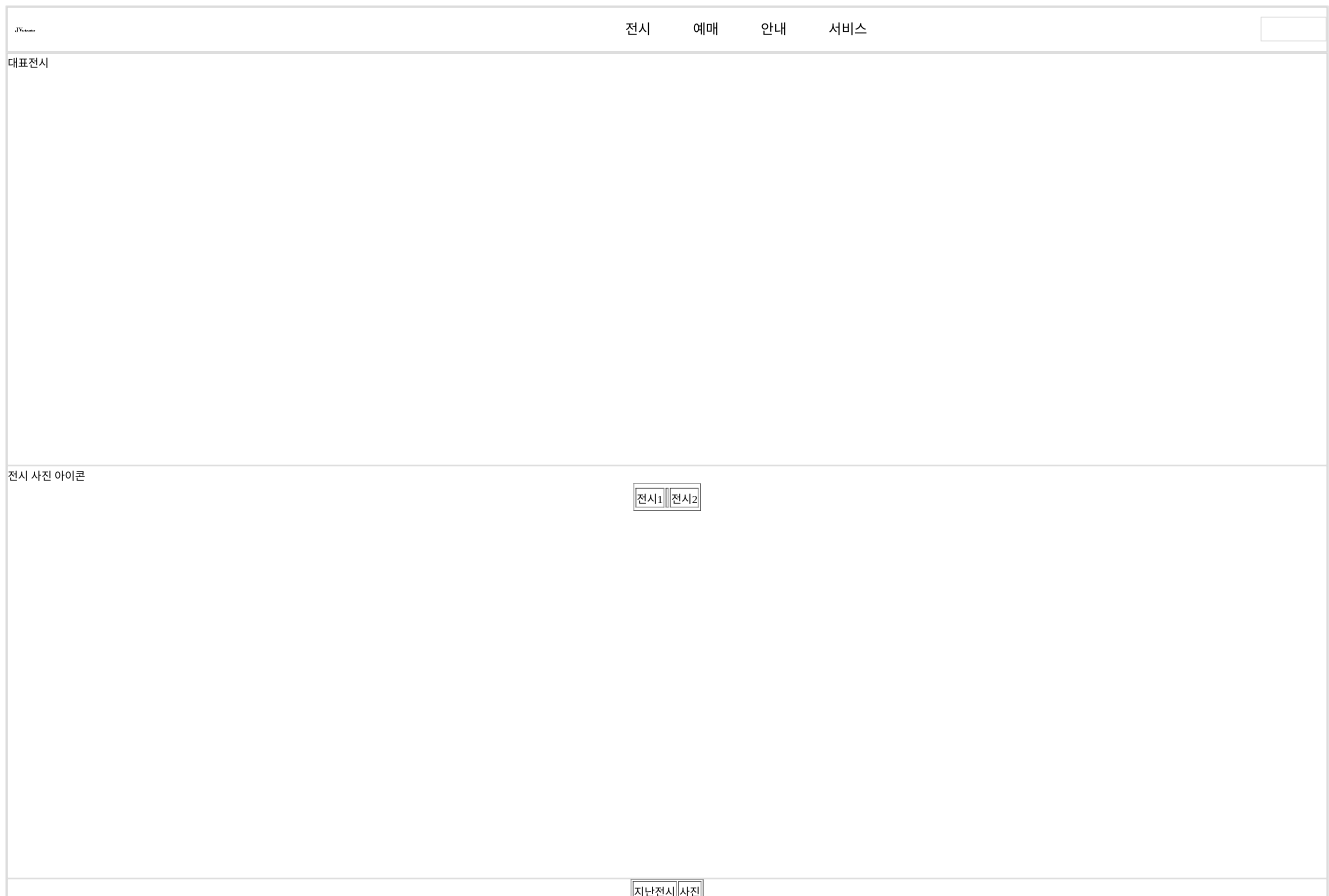
Repository: pshysd/SEMI_PROJECT
Page: http://localhost/JVArtCenter/
An editor plug-in stored every save of this project. The page is shown before and after the next save, followed by the edit.
The browser window is 1280 px wide. The page is 1898 px wide, so the pictures cover 1898 px, including what lies to the right of the window. The pictures show the part of the page from y = 0 to 1280 px (the page is 3296 px tall), at 70% of full size.
The page is served by Tomcat 9. Nobody is signed in. The application's start-up code is not run. Other server files are loaded and not shown.

Above is the page before, as saved 2022-10-21 11:00:18.

### JVArtCenter/WebContent/index.jsp
<%@ page language="java" contentType="text/html; charset=UTF-8"
    pageEncoding="UTF-8"%>
<%
	String contextPath = request.getContextPath();
%>
<!DOCTYPE html>
<html>
<head>
<meta charset="UTF-8">
<title>JV Art Center</title>
<style>
      .wrap {
        width: 1890px;
        height: 3280px;
      }

      div {
        border: 1px solid lightgray;
        box-sizing: border-box;
      }

      #header {
        height: 2%;
      }

      #body {
        margin: 0;
        font-family: "Nanum Gothic Coding", monospace;
      }

      a {
        text-decoration: none;
        color: black;
      }

      #search,
      #user,
      #calender {
        padding: 10px 12px;
      }

      #navbar {
        display: flex;
        justify-content: space-between;
        align-items: center;
        box-sizing: border-box;
        height: 100%;
      }

      #navbar_menu a {
        display: block;
        line-height: 35px;
      }

      #navbar_icons {
        font-size: 20px;
        display: flex;
        padding: 5px 10px;
      }

      #navbar_menu {
        display: flex;
        list-style: none;
        padding-left: 0;
        font-size: large;
        position: relative;
      }

      #navbar_menu > li {
        padding: 5px 30px;
        font-size: 20px;
        position: static;
      }

      #navbar_logo {
        list-style: none;
        padding: 5px 10px;
      }

      /* 서브메뉴를 담당하는 ul 태그에 대한 스타일 */
      #navbar_menu > li > ul {
        list-style-type: none;
        padding: 0px;
        display: none; /* 평소에는 안보여주다가 마우스가 올라가는 순간 보여지게끔 */
        position: absolute;
      }

      /* 메인메뉴에 마우스가 올라가는 순간 서브메뉴가 펼쳐져서 보이게끔 */
      #navbar_menu > li > a:hover + ul {
        display: block; /* 메인메뉴에만 마우스가 올라갔을때만 유지됨 */
        background-color: beige;
      }

      /* 서브메뉴에도 마우스가 올라갈 때 펼쳐진게 유지될 수 있게끔 */
      #navbar_menu > li > ul:hover {
        display: block;
        background-color: beige;
      }

      /* 서브메뉴 글씨만 좀 더 작게 보이게끔 */
      #navbar_menu > li > ul a {
        font-size: 15px;
      }

      #navbar_menu > li > ul a:hover {
        font-size: 18px;
      }

      #content {
        height: 90%;
      }

      #main-content1,
      #main-content2,
      #main-content3,
      #main-content4,
      #main-content5 {
        height: 20%;
      }

      #footer {
        height: 8%;
        background-color: black;
        color: white;
      }

      #footer > p {
        padding: 10px;
        box-sizing: border-box;
      }

      #footer_etc {
        padding: 10px;
      }

      #footer_etc a {
        text-decoration: none;
        color: white;
      }
    </style>
</head>
<body>
    <div class="wrap">
      <div id="header">
        <!--헤더영역-->

        <div id="navbar">
          <ul id="navbar_logo">
              <a href=""><img src="resources/image/logo.png" width="10%"></a>
          </ul>

          <ul id="navbar_menu">
            <li>
              <a href="">전시</a>
              <ul>
                <li><a href="">현재전시</a></li>
                <li><a href="">지난전시</a></li>
                <li><a href="">오픈예정</a></li>
              </ul>
            </li>
            <li>
              <a href="<%= contextPath %>/step1.rsv">예매</a>
              <ul>
                <li><a href="">전시예매</a></li>
              </ul>
            </li>
            <li>
              <a href="">안내</a>
              <ul>
                <li><a href="">JV소개</a></li>
                <li><a href="">전시관 안내</a></li>
              </ul>
            </li>
            <li>
              <a href="">서비스</a>
              <ul>
                <li><a href="">공지사항</a></li>
                <li><a href="">FAQ</a></li>
                <li><a href="">1:1문의</a></li>
                <li><a href="">뉴스레터</a></li>
              </ul>
            </li>
          </ul>
          <div id="navbar_icons">
            <a href=""
              ><i id="search" class="fa-solid fa-magnifying-glass"></i
            ></a>
            <a href=""
              ><i id="calender" class="fa-regular fa-calendar-days"></i
            ></a>
            <a href=""><i id="user" class="fa-regular fa-user"></i></a>
          </div>
        </div>
      </div>

      <div id="content">
        <div id="main-content1">대표전시</div>

        <div id="main-content2">
          <table border="1" style="margin: auto">
            <tr id="table2">
              전시
            </tr>
            <tr></tr>
            <tr id="table3">
              사진
              <td>전시1</td>
              <td></td>
              <td>전시2</td>
            </tr>
            <tr table="table4">
              아이콘
            </tr>
          </table>
        </div>

        <div id="main-content3">
          <table border="1" style="margin: auto">
            <tr>
              <td>지난전시</td>
              <td>사진</td>
            </tr>
            <tr>
              <td>오픈예정</td>
              <td>사진</td>
            </tr>
          </table>
        </div>
        <div id="main-content4">
          <table border="1" style="margin: auto">
            <tr>
              <td colspan="3">뉴스레터</td>
            </tr>
            <tr>
              <td>사진</td>
              <td>왼쪽사진1</td>
              <td>왼쪽사진2</td>
            </tr>
            <tr>
              <td>제목</td>
              <td rowspan="2">사진3</td>
              <td rowspan="2">사진4</td>
            </tr>
            <tr>
              <td>내용</td>
            </tr>
          </table>
        </div>

        <div id="main-content5">
          <table border="1" style="margin: auto">
            <tr>
              <td>공간</td>
              <td>공지사항</td>
              <td>더보기</td>
            </tr>
            <tr>
              <td rowspan="2">공간내용</td>
              <td colspan="2">공지사항1</td>
            </tr>
            <tr>
              <td colspan="2">공지사항2</td>
            </tr>
            <tr>
              <td>더보기</td>
              <td colspan="2">공지사항3</td>
            </tr>
          </table>
        </div>
      </div>

      <div id="footer">
        <!--푸터-->
        <div id="footer_etc">
          <a href="">개인정보처리방침</a> |
          <a href="">이용약관</a>
        </div>
        <p>
            JV 아트센터<br />
            서울특별시 영등포구 선유동2로 57 이레빌딩(구관) 19F, 20F<br /><br />

            Tel 1544-9970<br />

            © 2022 KH Arts Center All right reserved.
        </p>
      </div>
    </div>
  </body>
</html>

After the next save:
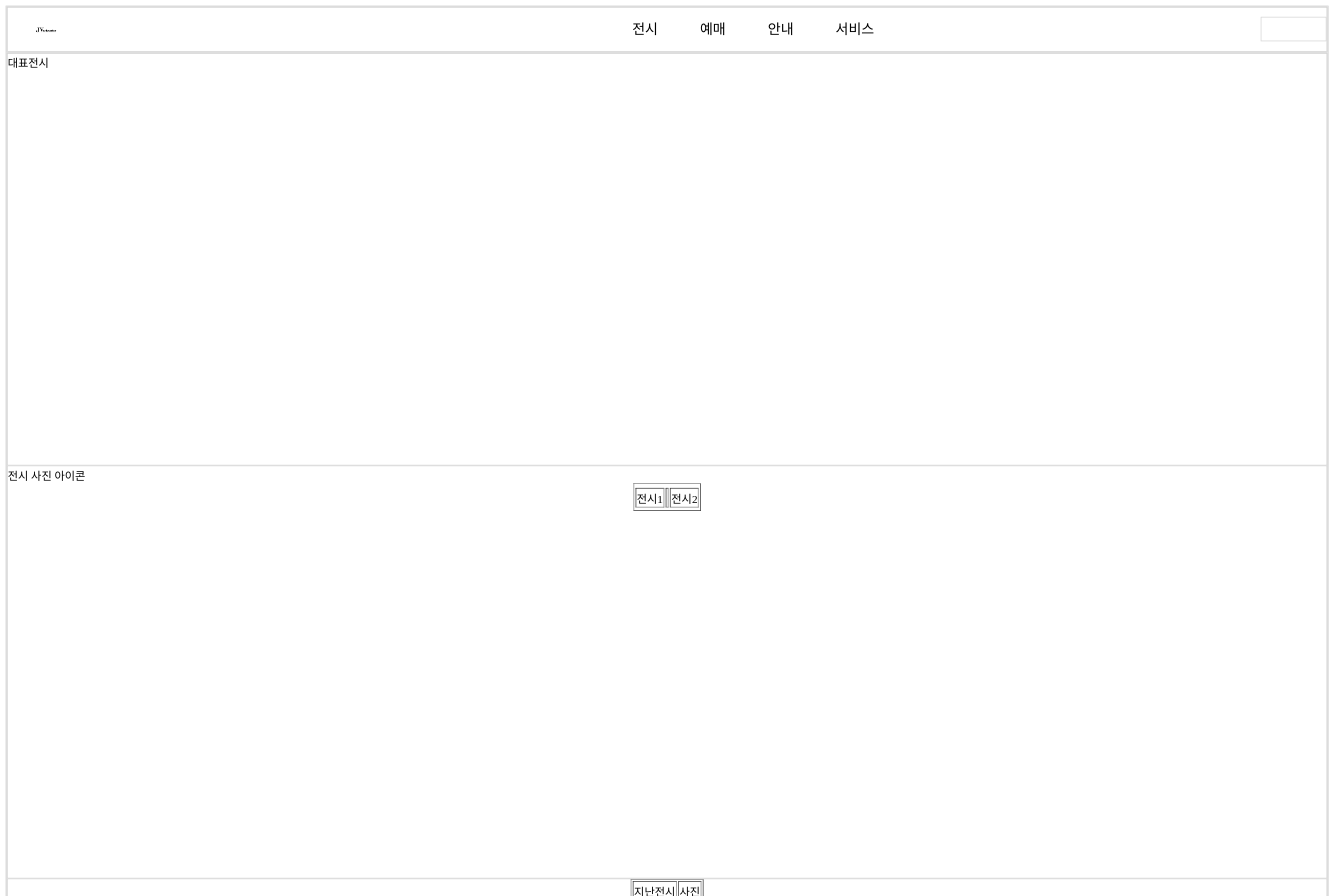
Saved 62 s later.
--- a/JVArtCenter/WebContent/index.jsp
+++ b/JVArtCenter/WebContent/index.jsp
@@ -74,7 +74,6 @@
 
       #navbar_logo {
         list-style: none;
-        padding: 5px 10px;
       }
 
       /* 서브메뉴를 담당하는 ul 태그에 대한 스타일 */
@@ -146,7 +145,9 @@
 
         <div id="navbar">
           <ul id="navbar_logo">
+            <li>
               <a href=""><img src="resources/image/logo.png" width="10%"></a>
+            </li>
           </ul>
 
           <ul id="navbar_menu">
